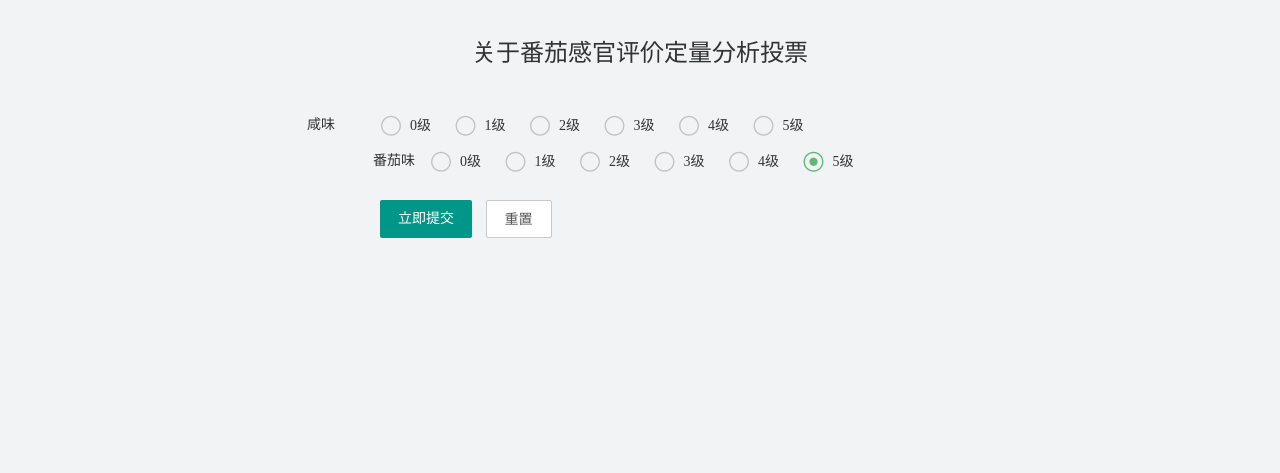
Repository: R1Deemo/vote_system
Page: web/home/toupiao.html
These files come from the project's save history. The page is drawn as it stood at one moment and after the next save; the edit follows.
The browser window is 1280 px wide. The pictures show the whole page.

Above is the page before, as saved 2022-11-07 10:34:25.

After the next save:
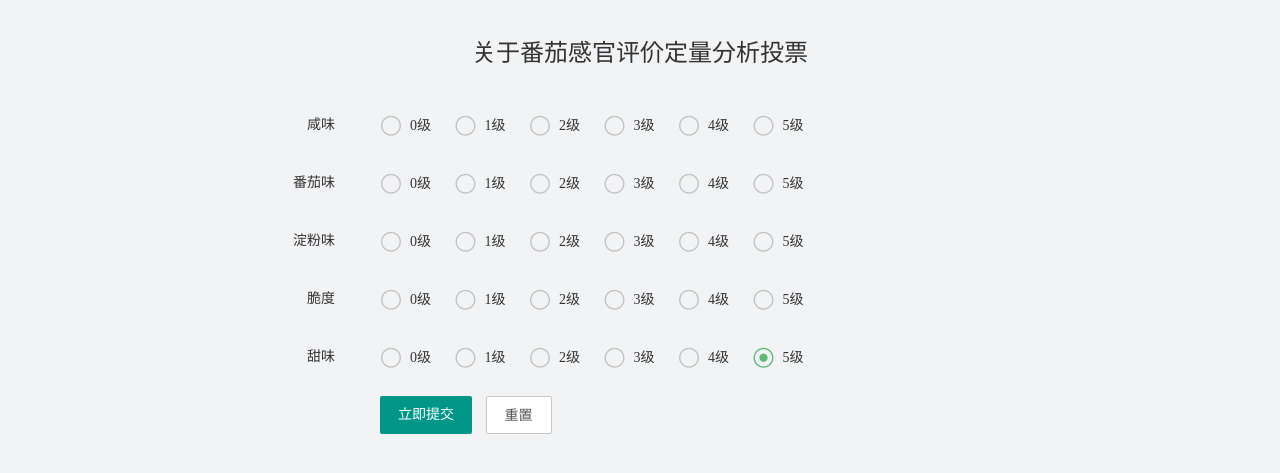
Saved 20 s later.
--- a/web/home/toupiao.html
+++ b/web/home/toupiao.html
@@ -43,6 +43,8 @@
                         <input type="radio" name="sex" value="男" title="4级">
                         <input type="radio" name="sex" value="女" title="5级" checked>
                     </div>
+                </div>
+                <div class="layui-form-item">
                     <label class="layui-form-label">番茄味</label>
                     <div class="layui-input-block">
                         <input type="radio" name="sex" value="男" title="0级">
@@ -53,17 +55,6 @@
                         <input type="radio" name="sex" value="女" title="5级" checked>
                     </div>
                 </div>
-                <!-- <div class="layui-form-item">
-                    <label class="layui-form-label">番茄味</label>
-                    <div class="layui-input-block">
-                        <input type="radio" name="sex" value="男" title="0级">
-                        <input type="radio" name="sex" value="男" title="1级">
-                        <input type="radio" name="sex" value="男" title="2级">
-                        <input type="radio" name="sex" value="男" title="3级">
-                        <input type="radio" name="sex" value="男" title="4级">
-                        <input type="radio" name="sex" value="女" title="5级" checked>
-                    </div>
-                </div>
                 <div class="layui-form-item">
                     <label class="layui-form-label">淀粉味</label>
                     <div class="layui-input-block">
@@ -96,7 +87,7 @@
                         <input type="radio" name="sex" value="男" title="4级">
                         <input type="radio" name="sex" value="女" title="5级" checked>
                     </div>
-                </div> -->
+                </div>
 
 
                 <div class="layui-form-item">
